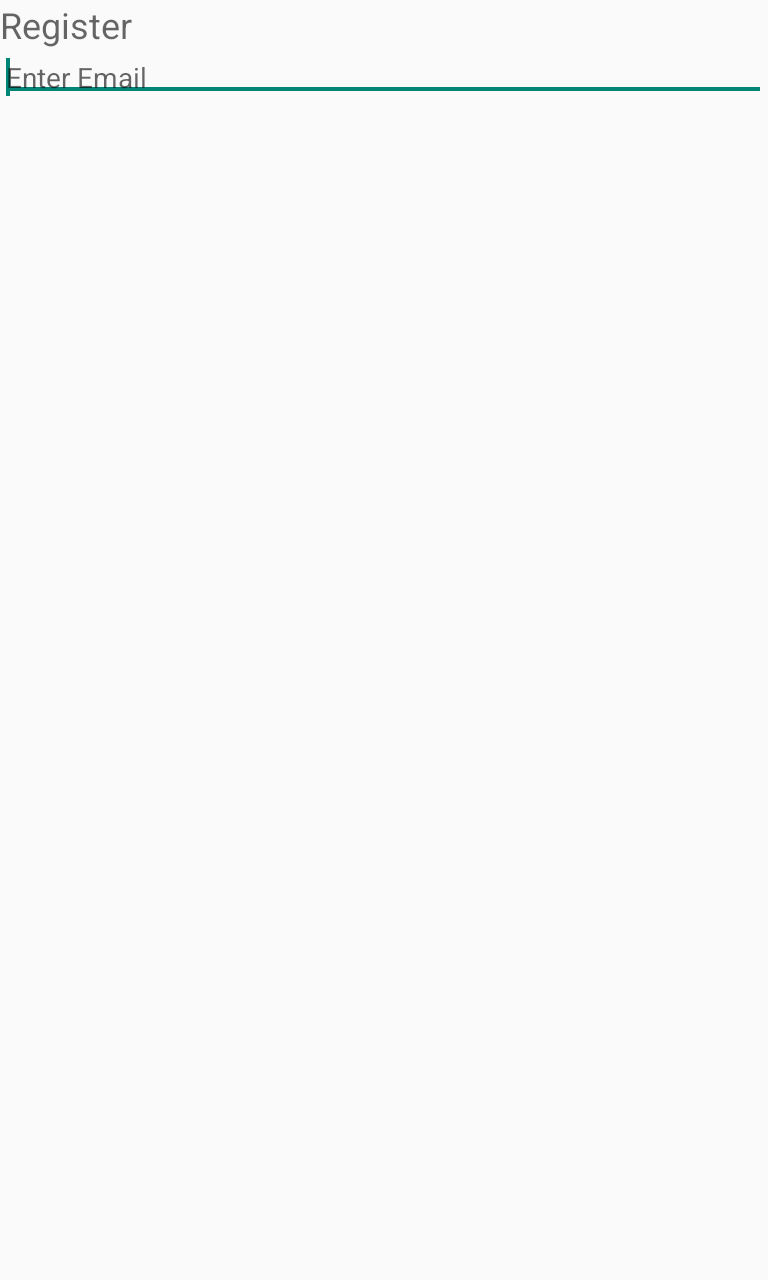
Repository: lMayuraDevani/BrentBrown
Layout: BrentBrown/res/layout/register.xml
The author's editor kept a copy of each file at every save. The layout is drawn from the files as they stood at one save, then again after the next save.
It is drawn on a 768 x 1280 px phone screen (xhdpi) without system bars, with theme AppTheme; the app's code is not run.

Above is the layout before, as saved 2014-11-12 09:17:21.

After the next save:
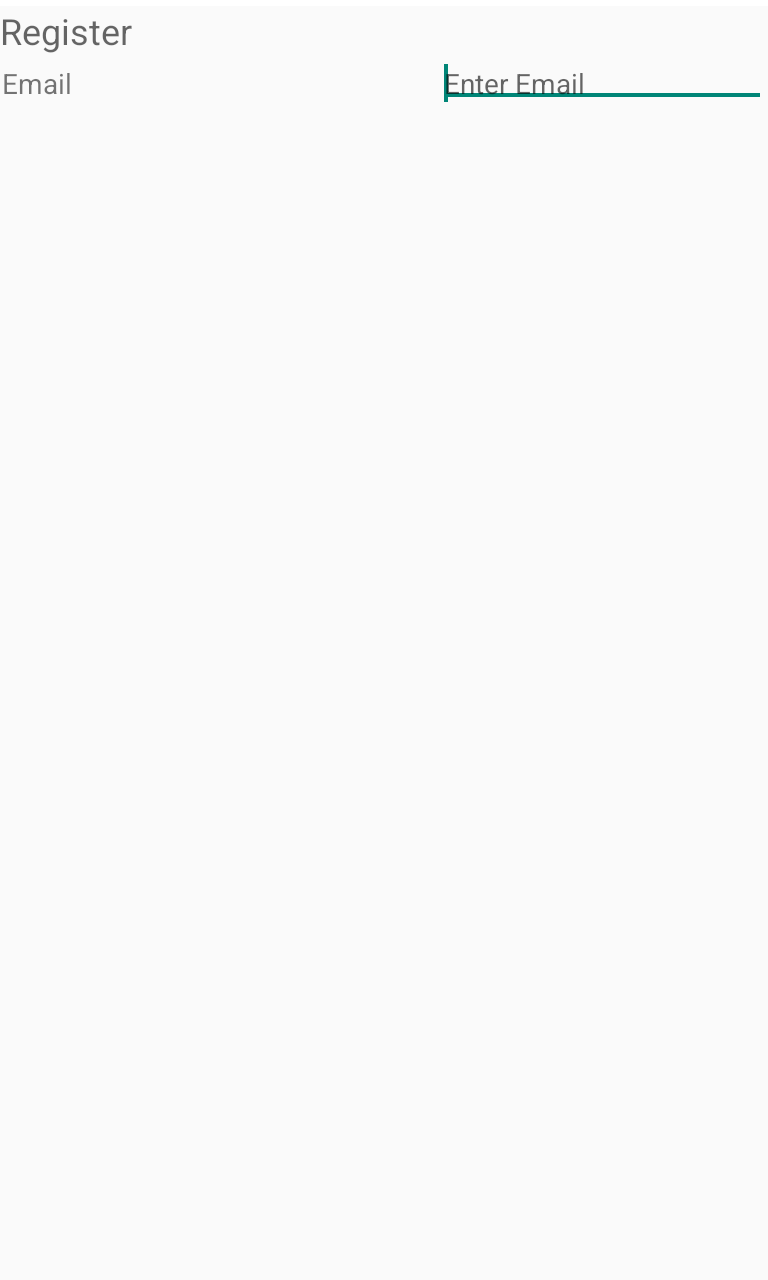
Saved 70 s later.
--- a/BrentBrown/res/layout/register.xml
+++ b/BrentBrown/res/layout/register.xml
@@ -3,6 +3,12 @@
     android:layout_width="match_parent"
     android:layout_height="match_parent"
     android:orientation="vertical" >
+
+
+    <View
+	   android:layout_width="fill_parent"
+	   android:layout_height="3dp"
+	   android:background="@android:color/white" />
 
     <TextView
         android:id="@+id/textView1"
@@ -28,7 +34,7 @@
 
                 <EditText
                     android:id="@+id/emailtxt"
-                    android:layout_width="match_parent"
+                    android:layout_width="wrap_content"
                     android:layout_height="wrap_content"
                     android:ems="10"
                     android:hint="Enter Email "
